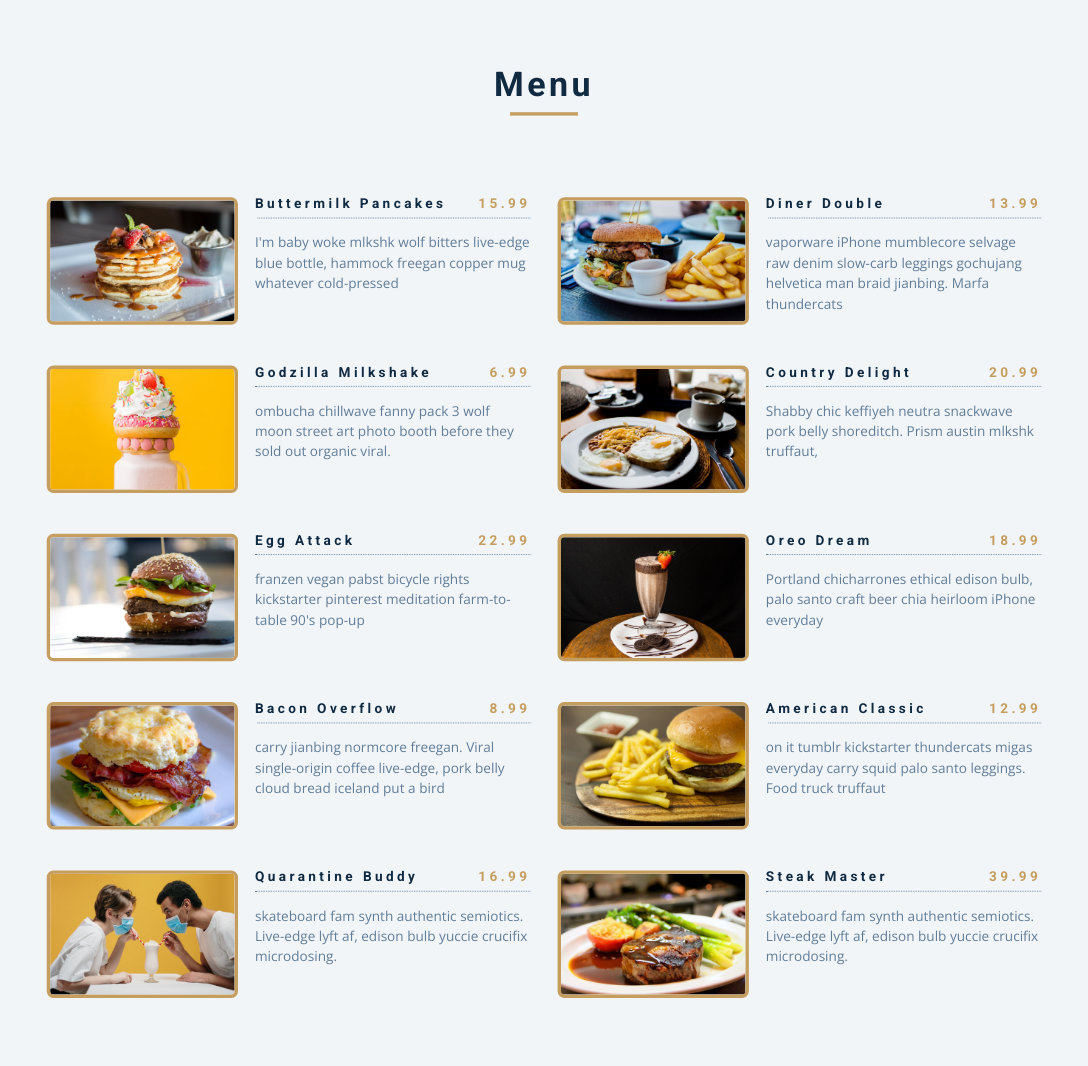
Repository: spidero7/Menu
Page: index.html
The author's editor kept a copy of each file at every save. The page is drawn from the files as they stood at one save, then again after a run of saves.
The browser window is 1280 px wide. The pictures show the whole page, at 85% of full size.
Some web libraries are served in a nearby version.

Above is the page before, as saved 2021-10-02 09:12:41.

### index.html
<!DOCTYPE html>
<html lang="en">
<head>
    <meta charset="UTF-8">
    <meta http-equiv="X-UA-Compatible" content="IE=edge">
    <meta name="viewport" content="width=device-width, initial-scale=1.0">
    <title>Menu</title>
    <link rel="stylesheet" href="style.css">
    <link
      rel="stylesheet"
      href="https://cdnjs.cloudflare.com/ajax/libs/font-awesome/5.14.0/css/all.min.css"
    />
</head>
<body>
    <section class="menu">
        <div class="title">
            <h2>Menu</h2>
            <div class="underline"></div>
        </div>
        <div class="btn-container">
            <!-- <button class="filter-btn" type="button" data-id="all">all</button>
            <button class="filter-btn" type="button" data-id="breakfast">breakfast</button>
            <button class="filter-btn" type="button" data-id="lunch">lunch</button>
            <button class="filter-btn" type="button" data-id="shakes">shakes</button> -->
        </div>
        <div class="section-center">
            <!-- <article class="menu-item">
                <img src="menu-item.jpeg" class="photo" alt="menu-item">
                <div class="item-info">
                    <header>
                        <h4>Buttermilk pancakes</h4>
                        <h4 class="price">$15</h4>
                    </header>
                    <p class="item-text">Lorem ipsum dolor sit amet consectetur adipisicing elit. Nisi dolorum quasi tempore rerum voluptatem harum ad quisquam provident, ducimus officiis asperiores. Aut, aliquid veniam tempora tempore quisquam atque. Saepe, suscipit!</p>
                </div>
            </article> -->
        </div>
    </section>
    <script src="app.js"></script>
</body>
</html>

### style.css
/*
===============
Fonts
===============
*/
@import url("https://fonts.googleapis.com/css?family=Open+Sans|Roboto:400,700&display=swap");

/*
===============
Variables
===============
*/

:root {
  /* dark shades of primary color*/
  --clr-primary-1: hsl(205, 86%, 17%);
  --clr-primary-2: hsl(205, 77%, 27%);
  --clr-primary-3: hsl(205, 72%, 37%);
  --clr-primary-4: hsl(205, 63%, 48%);
  /* primary/main color */
  --clr-primary-5: #49a6e9;
  /* lighter shades of primary color */
  --clr-primary-6: hsl(205, 89%, 70%);
  --clr-primary-7: hsl(205, 90%, 76%);
  --clr-primary-8: hsl(205, 86%, 81%);
  --clr-primary-9: hsl(205, 90%, 88%);
  --clr-primary-10: hsl(205, 100%, 96%);
  /* darkest grey - used for headings */
  --clr-grey-1: hsl(209, 61%, 16%);
  --clr-grey-2: hsl(211, 39%, 23%);
  --clr-grey-3: hsl(209, 34%, 30%);
  --clr-grey-4: hsl(209, 28%, 39%);
  /* grey used for paragraphs */
  --clr-grey-5: hsl(210, 22%, 49%);
  --clr-grey-6: hsl(209, 23%, 60%);
  --clr-grey-7: hsl(211, 27%, 70%);
  --clr-grey-8: hsl(210, 31%, 80%);
  --clr-grey-9: hsl(212, 33%, 89%);
  --clr-grey-10: hsl(210, 36%, 96%);
  --clr-white: #fff;
  --clr-red-dark: hsl(360, 67%, 44%);
  --clr-red-light: hsl(360, 71%, 66%);
  --clr-green-dark: hsl(125, 67%, 44%);
  --clr-green-light: hsl(125, 71%, 66%);
  --clr-gold: #c59d5f;
  --clr-black: #222;
  --ff-primary: "Roboto", sans-serif;
  --ff-secondary: "Open Sans", sans-serif;
  --transition: all 0.3s linear;
  --spacing: 0.25rem;
  --radius: 0.5rem;
  --light-shadow: 0 5px 15px rgba(0, 0, 0, 0.1);
  --dark-shadow: 0 5px 15px rgba(0, 0, 0, 0.2);
  --max-width: 1170px;
  --fixed-width: 620px;
}
/*
===============
Global Styles
===============
*/

*,
::after,
::before {
  margin: 0;
  padding: 0;
  box-sizing: border-box;
}
body {
  font-family: var(--ff-secondary);
  background: var(--clr-grey-10);
  color: var(--clr-grey-1);
  line-height: 1.5;
  font-size: 0.875rem;
}
ul {
  list-style-type: none;
}
a {
  text-decoration: none;
}
img:not(.logo) {
  width: 100%;
}
img {
  display: block;
}

h1,
h2,
h3,
h4 {
  letter-spacing: var(--spacing);
  text-transform: capitalize;
  line-height: 1.25;
  margin-bottom: 0.75rem;
  font-family: var(--ff-primary);
}
h1 {
  font-size: 3rem;
}
h2 {
  font-size: 2rem;
}
h3 {
  font-size: 1.25rem;
}
h4 {
  font-size: 0.875rem;
}
p {
  margin-bottom: 1.25rem;
  color: var(--clr-grey-5);
}
@media screen and (min-width: 800px) {
  h1 {
    font-size: 4rem;
  }
  h2 {
    font-size: 2.5rem;
  }
  h3 {
    font-size: 1.75rem;
  }
  h4 {
    font-size: 1rem;
  }
  body {
    font-size: 1rem;
  }
  h1,
  h2,
  h3,
  h4 {
    line-height: 1;
  }
}
/*  global classes */

.btn {
  text-transform: uppercase;
  background: transparent;
  color: var(--clr-black);
  padding: 0.375rem 0.75rem;
  letter-spacing: var(--spacing);
  display: inline-block;
  transition: var(--transition);
  font-size: 0.875rem;
  border: 2px solid var(--clr-black);
  cursor: pointer;
  box-shadow: 0 1px 3px rgba(0, 0, 0, 0.2);
  border-radius: var(--radius);
}
.btn:hover {
  color: var(--clr-white);
  background: var(--clr-black);
}
/* section */
.section {
  padding: 5rem 0;
}

main {
  min-height: 100vh;
  display: grid;
  place-items: center;
}
/*
===============
Menu
===============
*/

.menu {
  padding: 5rem 0;
}
.title {
  text-align: center;
  margin-bottom: 2rem;
}
.underline {
  width: 5rem;
  height: 0.25rem;
  background: var(--clr-gold);
  margin-left: auto;
  margin-right: auto;
}
.btn-container {
  margin-bottom: 4rem;
  display: flex;
  justify-content: center;
}
.filter-btn {
  background: transparent;
  border-color: var(--clr-gold);
  font-size: 1rem;
  text-transform: capitalize;
  margin: 0 0.5rem;
  letter-spacing: 1px;
  border-radius: var(--radius);
  padding: 0.375rem 0.75rem;
  color: var(--clr-gold);
  cursor: pointer;
  transition: var(--transition);
}
.filter-btn:hover {
  background: var(--clr-gold);
  color: var(--clr-white);
}
.section-center {
  width: 90vw;
  margin: 0 auto;
  max-width: 1170px;
  display: grid;
  gap: 3rem 2rem;
  justify-items: center;
}
.menu-item {
  display: grid;
  gap: 1rem 2rem;
  max-width: 25rem;
}
.photo {
  object-fit: cover;
  height: 200px;
  border: 0.25rem solid var(--clr-gold);
  border-radius: var(--radius);
}
.item-info header {
  display: flex;
  justify-content: space-between;
  border-bottom: 0.5px dotted var(--clr-grey-5);
}
.item-info h4 {
  margin-bottom: 0.5rem;
}
.price {
  color: var(--clr-gold);
}
.item-text {
  margin-bottom: 0;
  padding-top: 1rem;
}

@media screen and (min-width: 768px) {
  .menu-item {
    grid-template-columns: 225px 1fr;
    gap: 0 1.25rem;
    max-width: 40rem;
  }
  .photo {
    height: 175px;
  }
}
@media screen and (min-width: 1200px) {
  .section-center {
    width: 95vw;
    grid-template-columns: 1fr 1fr;
  }
  .photo {
    height: 150px;
  }
}

### app.js
// items
const menu = [
  {
    id: 1,
    title: "buttermilk pancakes",
    category: "breakfast",
    price: 15.99,
    img: "./images/item-1.jpeg",
    desc: `I'm baby woke mlkshk wolf bitters live-edge blue bottle, hammock freegan copper mug whatever cold-pressed `,
  },
  {
    id: 2,
    title: "diner double",
    category: "lunch",
    price: 13.99,
    img: "./images/item-2.jpeg",
    desc: `vaporware iPhone mumblecore selvage raw denim slow-carb leggings gochujang helvetica man braid jianbing. Marfa thundercats `,
  },
  {
    id: 3,
    title: "godzilla milkshake",
    category: "shakes",
    price: 6.99,
    img: "./images/item-3.jpeg",
    desc: `ombucha chillwave fanny pack 3 wolf moon street art photo booth before they sold out organic viral.`,
  },
  {
    id: 4,
    title: "country delight",
    category: "breakfast",
    price: 20.99,
    img: "./images/item-4.jpeg",
    desc: `Shabby chic keffiyeh neutra snackwave pork belly shoreditch. Prism austin mlkshk truffaut, `,
  },
  {
    id: 5,
    title: "egg attack",
    category: "lunch",
    price: 22.99,
    img: "./images/item-5.jpeg",
    desc: `franzen vegan pabst bicycle rights kickstarter pinterest meditation farm-to-table 90's pop-up `,
  },
  {
    id: 6,
    title: "oreo dream",
    category: "shakes",
    price: 18.99,
    img: "./images/item-6.jpeg",
    desc: `Portland chicharrones ethical edison bulb, palo santo craft beer chia heirloom iPhone everyday`,
  },
  {
    id: 7,
    title: "bacon overflow",
    category: "breakfast",
    price: 8.99,
    img: "./images/item-7.jpeg",
    desc: `carry jianbing normcore freegan. Viral single-origin coffee live-edge, pork belly cloud bread iceland put a bird `,
  },
  {
    id: 8,
    title: "american classic",
    category: "lunch",
    price: 12.99,
    img: "./images/item-8.jpeg",
    desc: `on it tumblr kickstarter thundercats migas everyday carry squid palo santo leggings. Food truck truffaut  `,
  },
  {
    id: 9,
    title: "quarantine buddy",
    category: "shakes",
    price: 16.99,
    img: "./images/item-9.jpeg",
    desc: `skateboard fam synth authentic semiotics. Live-edge lyft af, edison bulb yuccie crucifix microdosing.`,
  },
  {
    id: 10,
    title: "steak master",
    category: "dinner",
    price: 39.99,
    img: "./images/item-10.jpeg",
    desc: `skateboard fam synth authentic semiotics. Live-edge lyft af, edison bulb yuccie crucifix microdosing.`,
  },
];


const sectionCenter = document.querySelector('.section-center');
const buttonContainer = document.querySelector('.btn-container');
const filterButtons = document.querySelectorAll('.filter-btn');


// load items
window.addEventListener("DOMContentLoaded", function () {
 displayMenuItems(menu);

 // dinamic filter buttons
 // unique buttons
 const categories = menu.reduce(function(values, item){
   //console.log(values)
   if (!values.includes(item.category)) {
     values.push(item.category);
   }
   return values;
 },['all']);
 //console.log(categories)
const categoryButtons = categories.map(category => {
  return `<button class="filter-btn" type="button"
  data-id=${category}>${category}</button>`
}).join("");
//console.log(categoryButtons);
  buttonContainer
});

// filter items
filterButtons.forEach(button => {
  button.addEventListener('click', function(e) {
    const category = e.currentTarget.dataset.id;
    const menuCategory = menu.filter(menuItem => {
      //console.log(menuItem.category)
      if (menuItem.category === category) {
        return menuItem;
      }
    });
    //console.log(menuCategory);
    if (category === 'all') {
      displayMenuItems(menu)
    } else {
      displayMenuItems(menuCategory)
    }
  });
})

function displayMenuItems(menuItems) {
  let displayMenu = menuItems.map(function (item) {
    return `<article class="menu-item">
    <img src=${item.img} class="photo" alt=${item.title}>
    <div class="item-info">
        <header>
            <h4>${item.title}</h4>
            <h4 class="price">${item.price}</h4>
        </header>
        <p class="item-text">${item.desc}</p>
    </div>
</article>`;
  });
  displayMenu = displayMenu.join("");
  sectionCenter.innerHTML = displayMenu
}

After the next 2 saves:
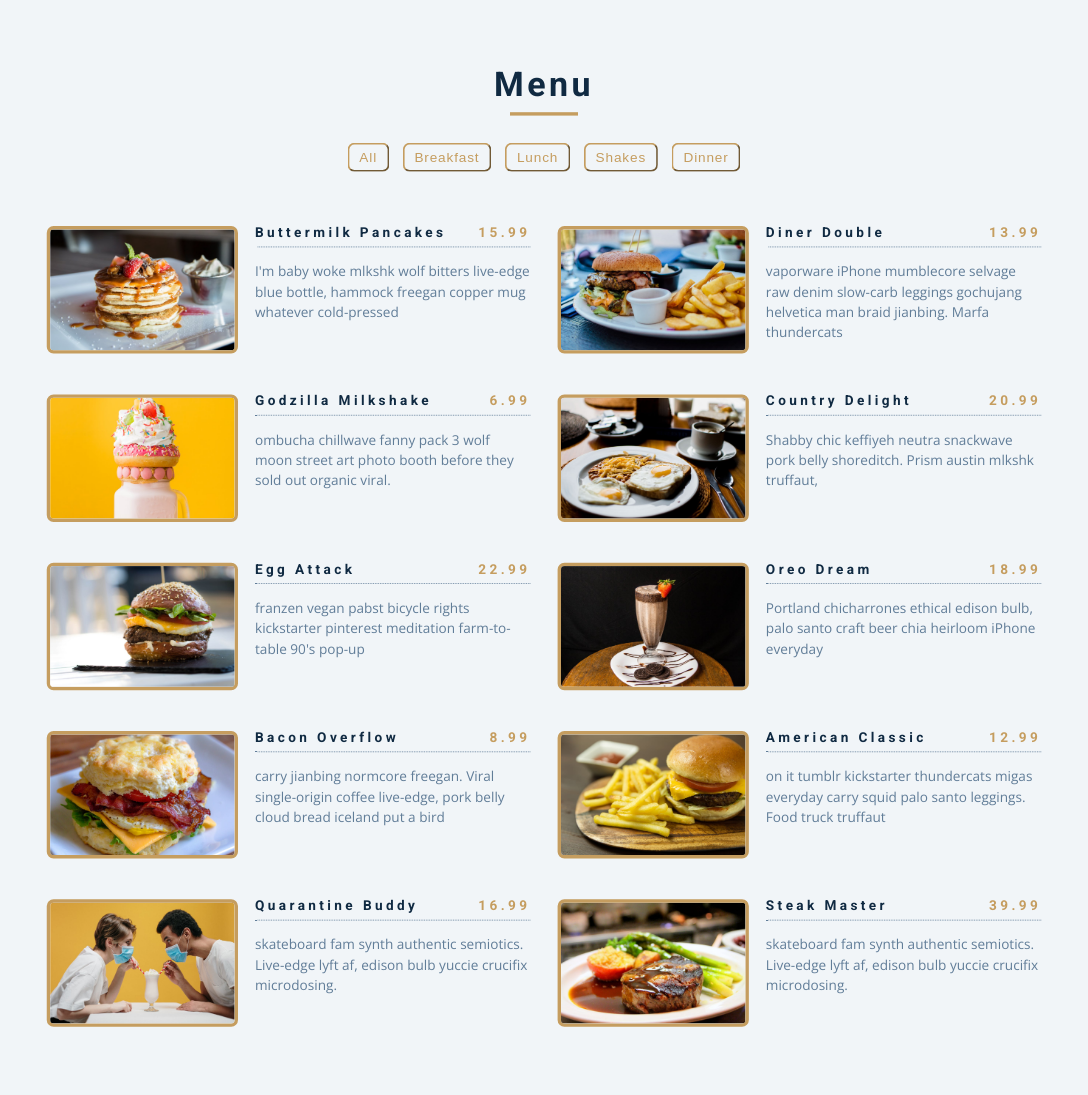
The 2 saves are shown as one change because they came seconds apart.
The last was saved 5 s later.
--- a/app.js
+++ b/app.js
@@ -107,7 +107,7 @@ const categoryButtons = categories.map(category => {
   data-id=${category}>${category}</button>`
 }).join("");
 //console.log(categoryButtons);
-  buttonContainer
+  buttonContainer.innerHTML = categoryButtons
 });
 
 // filter items
